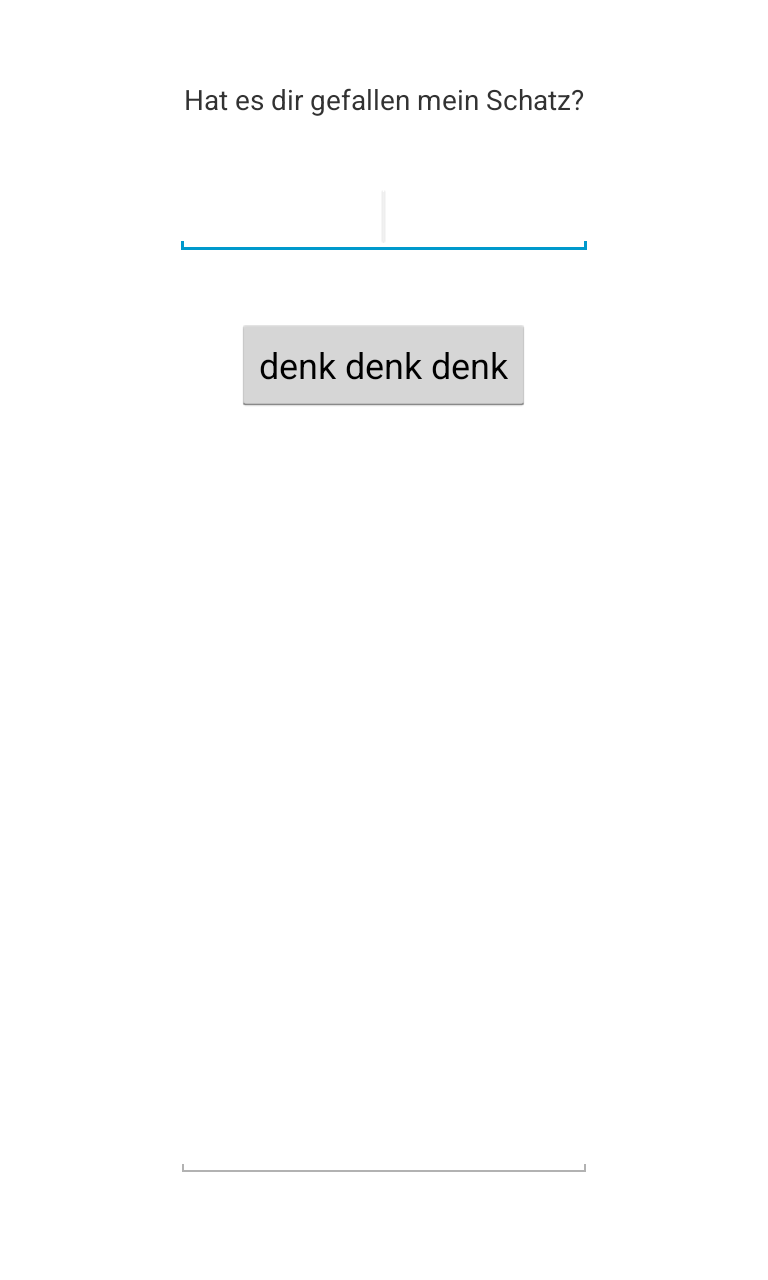
Repository: flashback2k12/ChristmasPresent
Layout: ChristmasPresent/res/layout/activity_expanded_stuff.xml
An editor plug-in stored every save of this project. The layout is shown before and after the next save, followed by the edit.
It is drawn on a 768 x 1280 px phone screen (xhdpi) without system bars, with theme AppTheme; the app's code is not run.

Above is the layout before, as saved 2012-12-19 19:27:57.

After the next save:
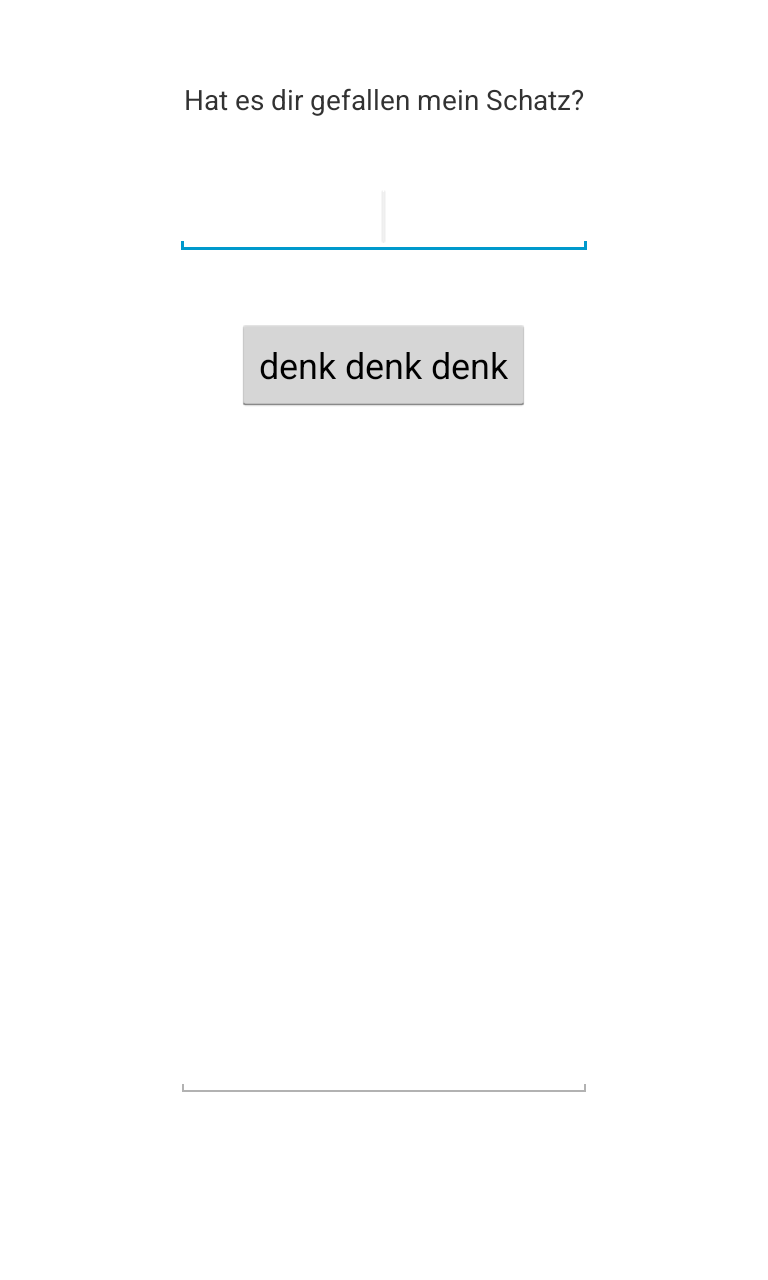
Saved 20 s later.
--- a/ChristmasPresent/res/layout/activity_expanded_stuff.xml
+++ b/ChristmasPresent/res/layout/activity_expanded_stuff.xml
@@ -48,7 +48,7 @@
             android:layout_height="fill_parent"
             android:layout_below="@+id/button1EXS"
             android:layout_centerHorizontal="true"
-            android:layout_marginBottom="50dp"
+            android:layout_marginBottom="90dp"
             android:layout_marginLeft="30dp"
             android:layout_marginRight="30dp"
             android:layout_marginTop="30dp"
